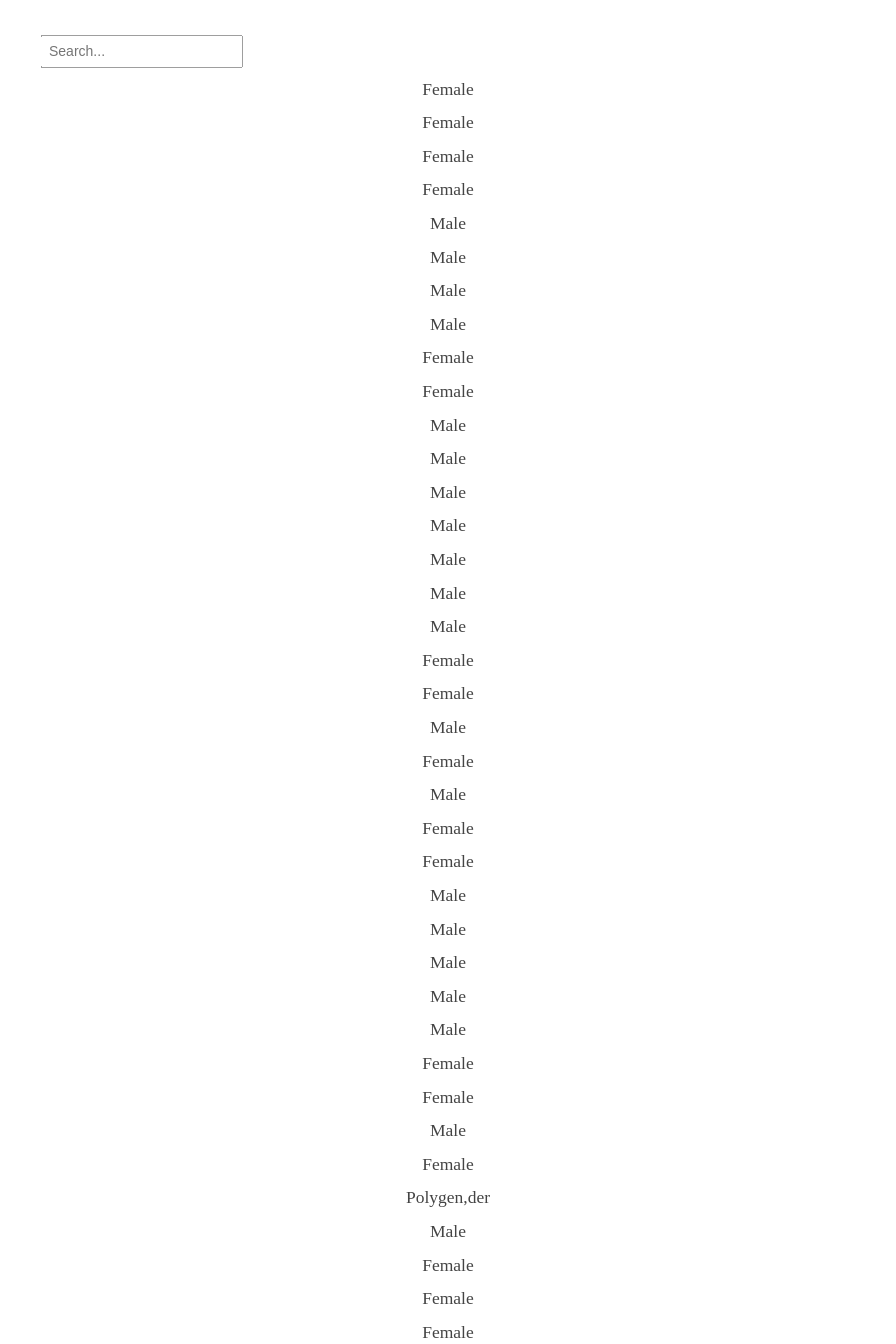
Repository: kluivert-ssali/my_search
Page: /
The author's editor kept a copy of each file at every save. The page is drawn from the files as they stood at one save, then again after the next save.
The browser window is 1280 px wide. The pictures show the part of the page from y = 0 to 1920 px (the page is 8447 px tall), at 70% of full size.
The project was rebuilt for these pictures with package versions that can differ from the ones it lists, and the page was loaded fresh each time.

Above is the page before, as saved 2022-02-27 15:13:57.

After the next save:
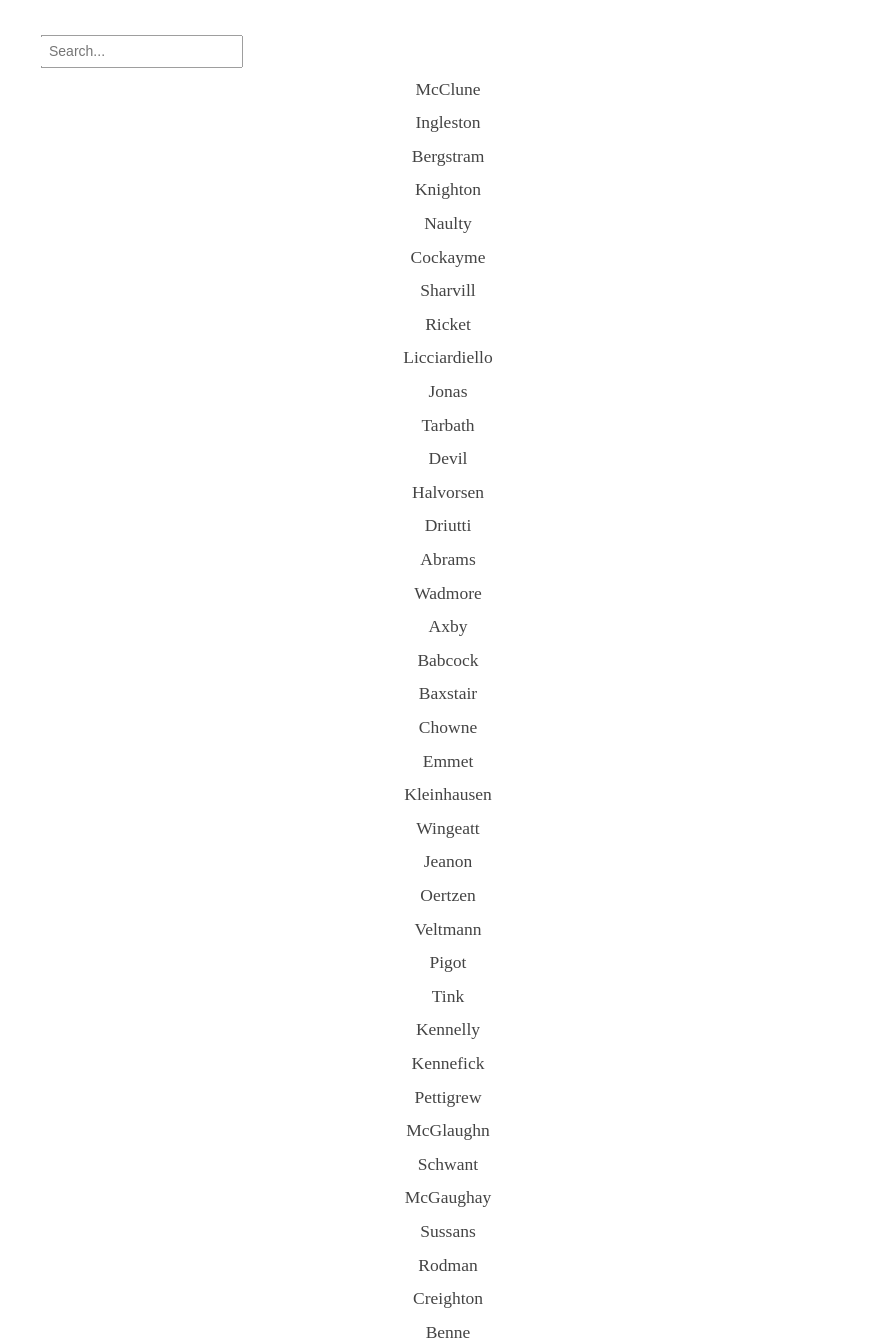
Saved 45 s later.
--- a/src/App.jsx
+++ b/src/App.jsx
@@ -8,7 +8,7 @@ function App() {
       <ul className="list">
         {Users.map((user) => (
           <li className="listItem">{user.first_name}</li>,
-          <li className="listItem">{user.gender}</li>
+          <li className="listItem">{user.last_name}</li>
 
         ))}
 
